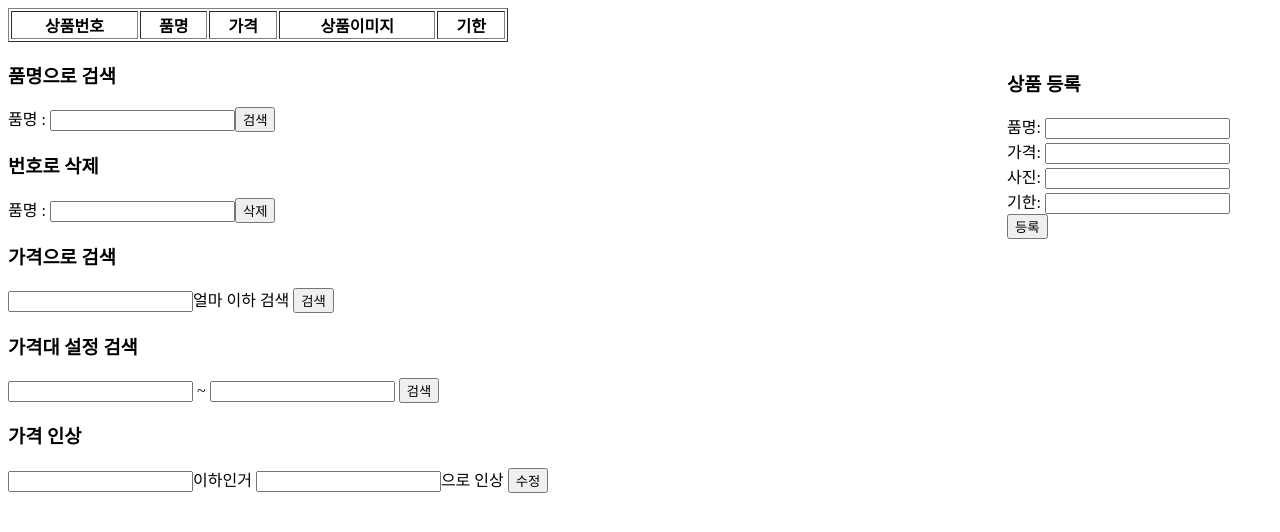
Repository: Gomserker/Web-development
Page: http://localhost/04_MyBatis/
The author's editor kept a copy of each file at every save. The page is drawn from the files as they stood at one save, then again after the next save.
The browser window is 1280 px wide. The pictures show the whole page.
The page is served by Tomcat 9. The template is opened directly, without the code that normally fills it, so the values that code supplies are empty.

Above is the page before, as saved 2022-01-21 04:15:02.

After the next save:
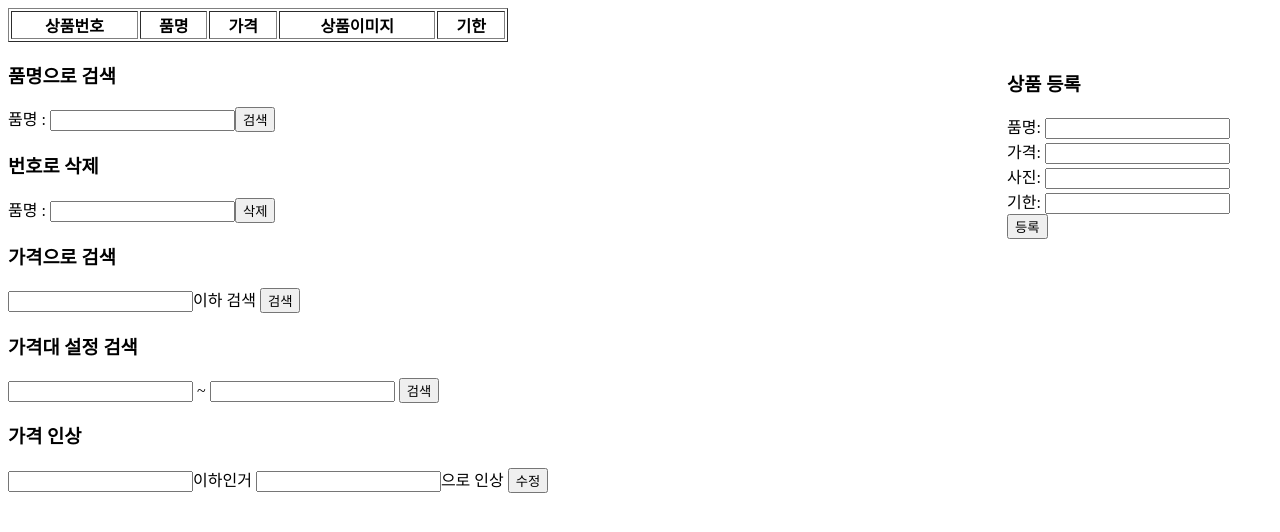
Saved 37 s later.
--- a/workspace/04_MyBatis/WebContent/index.jsp
+++ b/workspace/04_MyBatis/WebContent/index.jsp
@@ -66,7 +66,7 @@
 	</form>
 	<h3>가격으로 검색</h3>
 	<form action="PriceSearchController">
-		 <input name="price">얼마 이하 검색 <button>검색</button>
+		 <input name="price">이하 검색 <button>검색</button>
 	</form>
 	<h3>가격대 설정 검색</h3>
 	<form action="PriceRangeSearchController">
